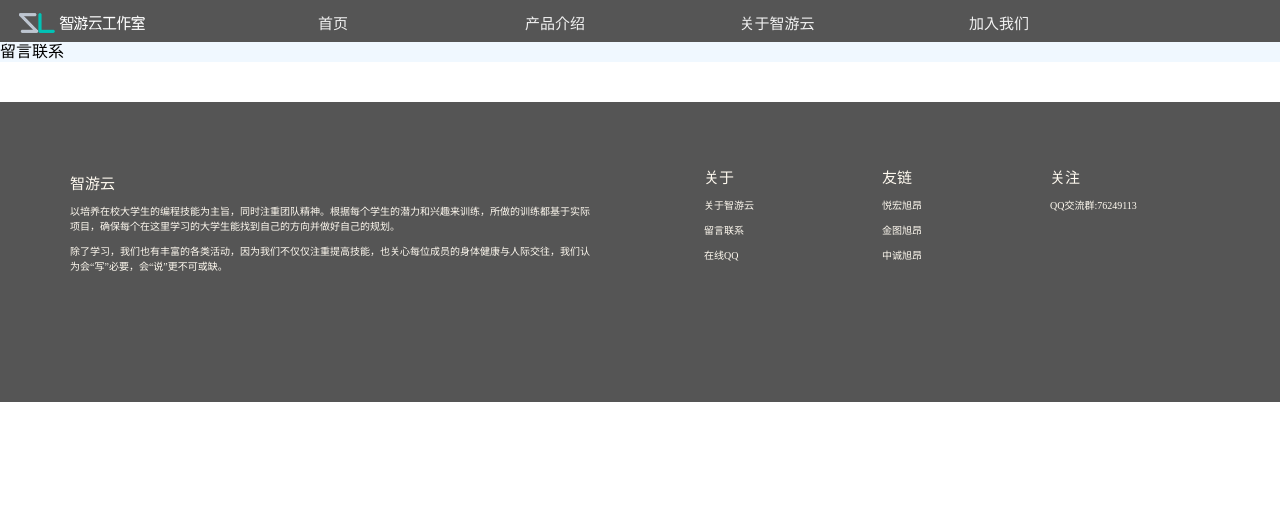
Repository: dakai1234/webTest
Page: 智游云1/join/join.html
An editor plug-in stored every save of this project. The page is shown before and after the next save, followed by the edit.
The browser window is 1280 px wide. The pictures show the whole page.

Above is the page before, as saved 2021-04-12 23:08:13.

### 智游云1/join/join.html
<!DOCTYPE html>
<html lang="en">

<head>
    <meta charset="UTF-8">
    <meta http-equiv="X-UA-Compatible" content="IE=edge">
    <meta name="viewport" content="width=device-width, initial-scale=1.0">
    <link rel="stylesheet" href="../headerCss/header.css">
    <link rel="stylesheet" href="../footerCss/footer.css">
    <link rel="stylesheet" href="join.css">
    <title>加入我们</title>
</head>

<body>
    <div class="header">
        <a href="../about/images/logo.png"><img class="logo_img" src="../about/images/logo.png"></a>
        <a href="../index/index.html"> 首页 </a>
        <a href="../product/product.html"> 产品介绍 </a>
        <a href="../about/about.html"> 关于智游云 </a>
        <a href="join.html"> 加入我们 </a>
    </div>

    <div class="content">
        <div class="content_space">
            <div class="content_title">
                <p>留言联系</p>
            </div>
            <div class="content_main">
                <div class="people_information">

                </div>
                <div class="people_information"></div>
                <div class="people_information"></div>
                <div>

                </div>
                <div>
                </div>
                <div>
                    <div>

                    </div>
                </div>
            </div>
        </div>
    </div>

    <div class="footer">
        <div class="footer_inner">
            <div class="text">
                <span>智游云</span>
                <p>
                    以培养在校大学生的编程技能为主旨，同时注重团队精神。根据每个学生的潜力和兴趣来训练，所做的训练都基于实际项目，确保每个在这里学习的大学生能找到自己的方向并做好自己的规划。
                </p>
                <p>
                    除了学习，我们也有丰富的各类活动，因为我们不仅仅注重提高技能，也关心每位成员的身体健康与人际交往，我们认为会“写”必要，会“说”更不可或缺。
                </p>
            </div>
        </div>
        <div>

        </div>

        <div class="footer_inner">
            <div class="text_intro">
                <span>关于</span>
                <p>关于智游云</p>
                <p>留言联系</p>
                <p>在线QQ</p>
            </div>
            <div class="text_intro">
                <span>友链</span>
                <p>悦宏旭昂</p>
                <p>金图旭昂</p>
                <p>中诚旭昂</p>
            </div>
            <div class="text_intro">
                <span>关注</span>
                <p>QQ交流群:76249113</p>
            </div>

        </div>
    </div>
</body>

</html>

### 智游云1/headerCss/header.css
* {
    margin: 0;
    padding: 0;
}

.header {
    margin: 0 auto;
    background-color: #555;
    width: 100%;
    overflow: auto;
    position: fixed;
    top: 0;
}

.header a {
    float: left;
    width: 15%;
    color: #f2f2f2;
    text-align: center;
    padding: 12px 15px 8px 15px;
    text-decoration: none;
    font-size: 15px;
}

.header a:hover {
    color: #333;
}

.header a:active {
    color: #333;
}

.logo_img {
    float: left;
    width: 70%;
}

### 智游云1/footerCss/footer.css
.footer {
    margin: 40px 0px 0px 0px;
    height: 300px;
    width: 100%;
    background-color: #555;
    overflow: auto;
}

.footer_inner {
    width: 50%;
    float: left;
}

.text {
    margin: 50px;
    padding: 20px 0px 50px 20px;
    text-align: left;
    font-size: 10px;
    color: floralwhite;
    font-weight: lighter;
}

.text span {
    font-size: 15px;
    color: floralwhite;
    margin-bottom: 10px;
}

.text p {
    margin-top: 10px;
}

.text_intro {
    padding: 10% 10%;
    font-size: 10px;
    margin-bottom: 10px;
    color: floralwhite;
    font-weight: lighter;
    float: left;
}

.text_intro span {
    font-size: 15px;
}

.text_intro p {
    margin-top: 10px;
}

.text_intro p:hover {
    color: #000;
    text-decoration: underline;
}

### 智游云1/join/join.css
.content {
    margin-top: 3%;
    background-color: aliceblue;
    width: 100%;
}

.content_spqce {
    margin: 10%;
}

After the next save:
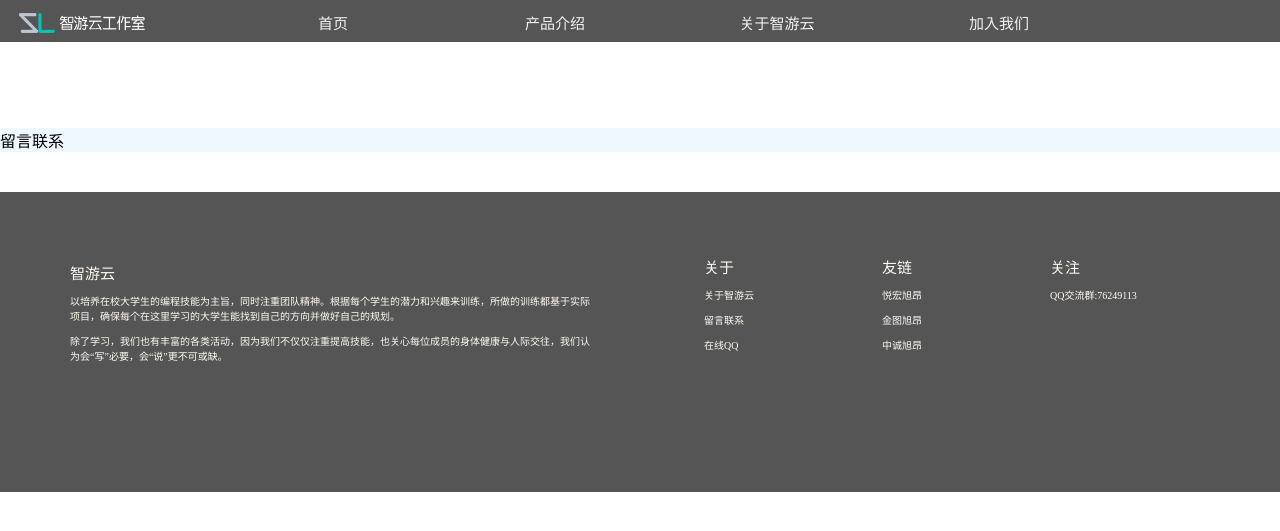
Saved 16 s later.
--- a/智游云1/join/join.css
+++ b/智游云1/join/join.css
@@ -1,5 +1,5 @@
 .content {
-    margin-top: 3%;
+    margin-top: 10%;
     background-color: aliceblue;
     width: 100%;
 }

After the save that followed:
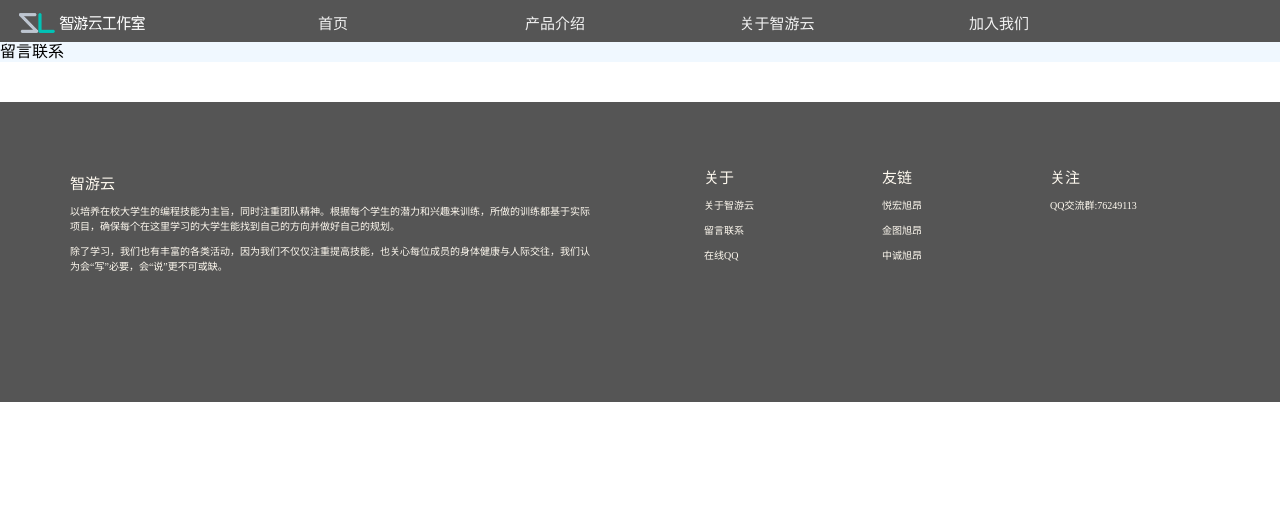
Saved 16 s later.
--- a/智游云1/join/join.css
+++ b/智游云1/join/join.css
@@ -1,5 +1,5 @@
 .content {
-    margin-top: 10%;
+    margin-top: 3%;
     background-color: aliceblue;
     width: 100%;
 }
